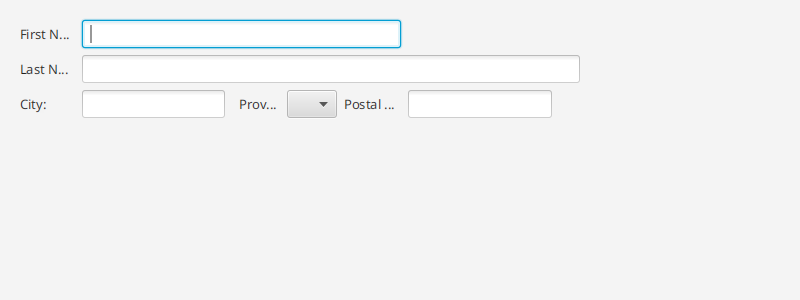
Repository: Mselenko/Java
Program's window: java w_5/JavaFx/src/garbage/CssExample.java
An editor plug-in stored every save of this project. The program's window is shown before and after the next save, followed by the edit.
It runs on Java 21 on a 1366 x 768 screen with JavaFX 11; the title bar is not drawn.

Above is the program's window before, as saved 2019-06-22 00:12:40.

After the next save:
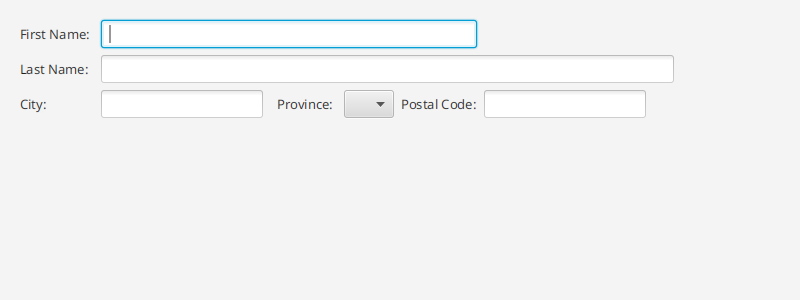
Saved 9 s later.
--- a/w_5/JavaFx/src/garbage/CssExample.java
+++ b/w_5/JavaFx/src/garbage/CssExample.java
@@ -32,7 +32,7 @@
     @Override
     public void start(Stage primaryStage) throws Exception
     {
-        Scene scene = new Scene(createGridPane(), 600, 300);
+        Scene scene = new Scene(createGridPane(), 800, 300);
         primaryStage.setTitle("GridPaneExample 2 - User form");
         primaryStage.setScene(scene);
         primaryStage.show();
